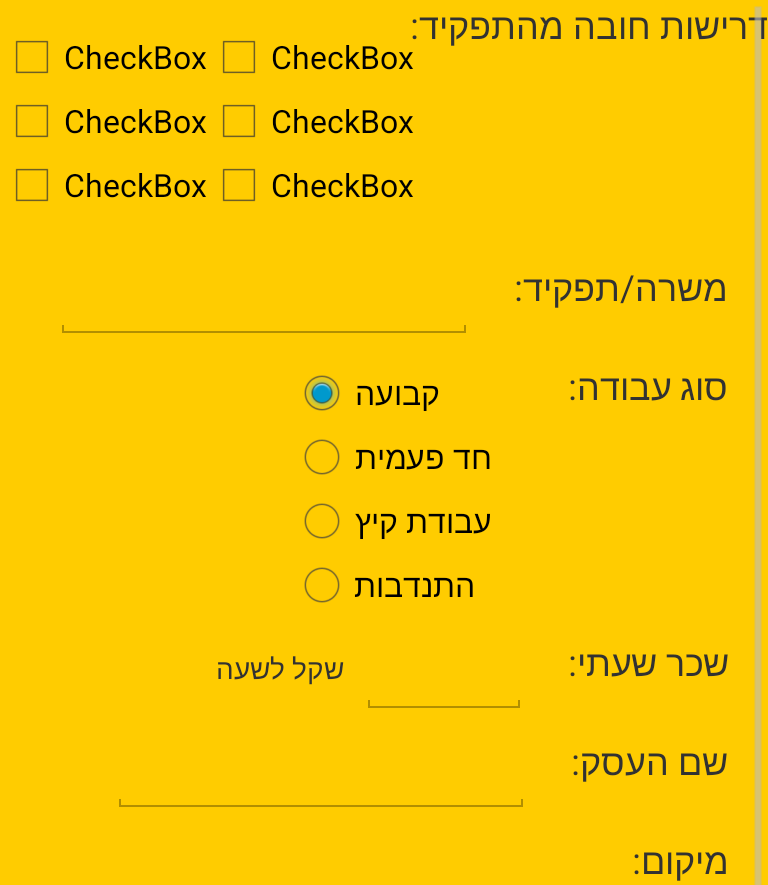
Repository: rodi055/jobli
Layout: Jobli/res/layout/fragment_create_job.xml
An editor plug-in stored every save of this project. The layout is shown before and after the next save, followed by the edit.
The pictures show rows 0 to 885 of an output 1280 px tall.
Pictures or frames that could not be fetched are drawn as grey boxes. It is drawn on a 768 x 1280 px phone screen (xhdpi) without system bars, with theme AppTheme; the app's code is not run. The app's manifest (not shown) leaves right-to-left support off. So textAlignment, textDirection and layoutDirection are ignored, and left and right values win over start and end ones.

Above is the layout before, as saved 2015-01-03 12:32:56.

After the next save:
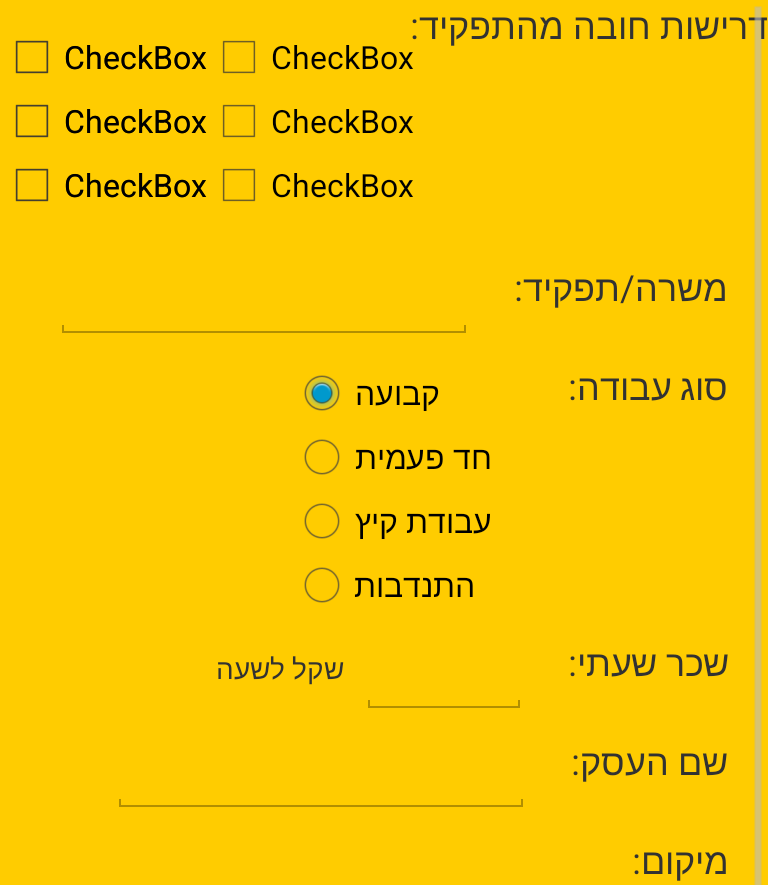
Saved 2 min 29 s later.
--- a/Jobli/res/layout/fragment_create_job.xml
+++ b/Jobli/res/layout/fragment_create_job.xml
@@ -30,7 +30,7 @@
                     android:textSize="18sp" />
 
                 <TableLayout
-                    android:id="@+id/table2"
+                    android:id="@+id/table3"
                     android:layout_width="wrap_content"
                     android:layout_height="wrap_content"
                     android:layout_centerVertical="true"
@@ -38,43 +38,94 @@
                     android:layout_toRightOf="@+id/table1" >
 
                     <TableRow
-                        android:id="@+id/tableRow1"
-                        android:layout_width="wrap_content"
-                        android:layout_height="wrap_content" >
-
-                        <CheckBox
-                            android:id="@+id/checkBox2"
-                            android:layout_width="wrap_content"
-                            android:layout_height="wrap_content"
-                            android:text="CheckBox" />
-                    </TableRow>
-
-                    <TableRow
-                        android:id="@+id/tableRow2"
-                        android:layout_width="wrap_content"
-                        android:layout_height="wrap_content" >
-
-                        <CheckBox
-                            android:id="@+id/checkBox3"
-                            android:layout_width="wrap_content"
-                            android:layout_height="wrap_content"
-                            android:text="CheckBox" />
-                    </TableRow>
-
-                    <TableRow
-                        android:id="@+id/tableRow3"
-                        android:layout_width="wrap_content"
-                        android:layout_height="wrap_content" >
-
-                        <CheckBox
-                            android:id="@+id/checkBox4"
-                            android:layout_width="wrap_content"
-                            android:layout_height="wrap_content"
-                            android:text="CheckBox" />
-                    </TableRow>
-
-                    <TableRow
-                        android:id="@+id/tableRow4"
+                        android:id="@+id/tableRow21"
+                        android:layout_width="wrap_content"
+                        android:layout_height="wrap_content" >
+
+                        <CheckBox
+                            android:id="@+id/checkBox22"
+                            android:layout_width="wrap_content"
+                            android:layout_height="wrap_content"
+                            android:text="CheckBox" />
+                    </TableRow>
+
+                    <TableRow
+                        android:id="@+id/tableRow22"
+                        android:layout_width="wrap_content"
+                        android:layout_height="wrap_content" >
+
+                        <CheckBox
+                            android:id="@+id/checkBox23"
+                            android:layout_width="wrap_content"
+                            android:layout_height="wrap_content"
+                            android:text="CheckBox" />
+                    </TableRow>
+
+                    <TableRow
+                        android:id="@+id/tableRow23"
+                        android:layout_width="wrap_content"
+                        android:layout_height="wrap_content" >
+
+                        <CheckBox
+                            android:id="@+id/checkBox24"
+                            android:layout_width="wrap_content"
+                            android:layout_height="wrap_content"
+                            android:text="CheckBox" />
+                    </TableRow>
+
+                    <TableRow
+                        android:id="@+id/tableRow24"
+                        android:layout_width="wrap_content"
+                        android:layout_height="wrap_content" >
+                    </TableRow>
+                </TableLayout>
+
+                <TableLayout
+                    android:id="@+id/table22"
+                    android:layout_width="wrap_content"
+                    android:layout_height="wrap_content"
+                    android:layout_centerVertical="true"
+                    android:layout_toEndOf="@+id/table2"
+                    android:layout_toRightOf="@+id/table2" >
+
+                    <TableRow
+                        android:id="@+id/tableRow21"
+                        android:layout_width="wrap_content"
+                        android:layout_height="wrap_content" >
+
+                        <CheckBox
+                            android:id="@+id/checkBox22"
+                            android:layout_width="wrap_content"
+                            android:layout_height="wrap_content"
+                            android:text="CheckBox" />
+                    </TableRow>
+
+                    <TableRow
+                        android:id="@+id/tableRow22"
+                        android:layout_width="wrap_content"
+                        android:layout_height="wrap_content" >
+
+                        <CheckBox
+                            android:id="@+id/checkBox32"
+                            android:layout_width="wrap_content"
+                            android:layout_height="wrap_content"
+                            android:text="CheckBox" />
+                    </TableRow>
+
+                    <TableRow
+                        android:id="@+id/tableRow23"
+                        android:layout_width="wrap_content"
+                        android:layout_height="wrap_content" >
+
+                        <CheckBox
+                            android:id="@+id/checkBox24"
+                            android:layout_width="wrap_content"
+                            android:layout_height="wrap_content"
+                            android:text="CheckBox" />
+                    </TableRow>
+
+                    <TableRow
+                        android:id="@+id/tableRow24"
                         android:layout_width="wrap_content"
                         android:layout_height="wrap_content" >
                     </TableRow>
@@ -158,6 +209,7 @@
                     android:layout_toLeftOf="@+id/textView1"
                     android:layout_toStartOf="@+id/textView1"
                     android:ems="10"
+                    android:inputType="text"
                     android:maxLines="1" />
             </RelativeLayout>
 
